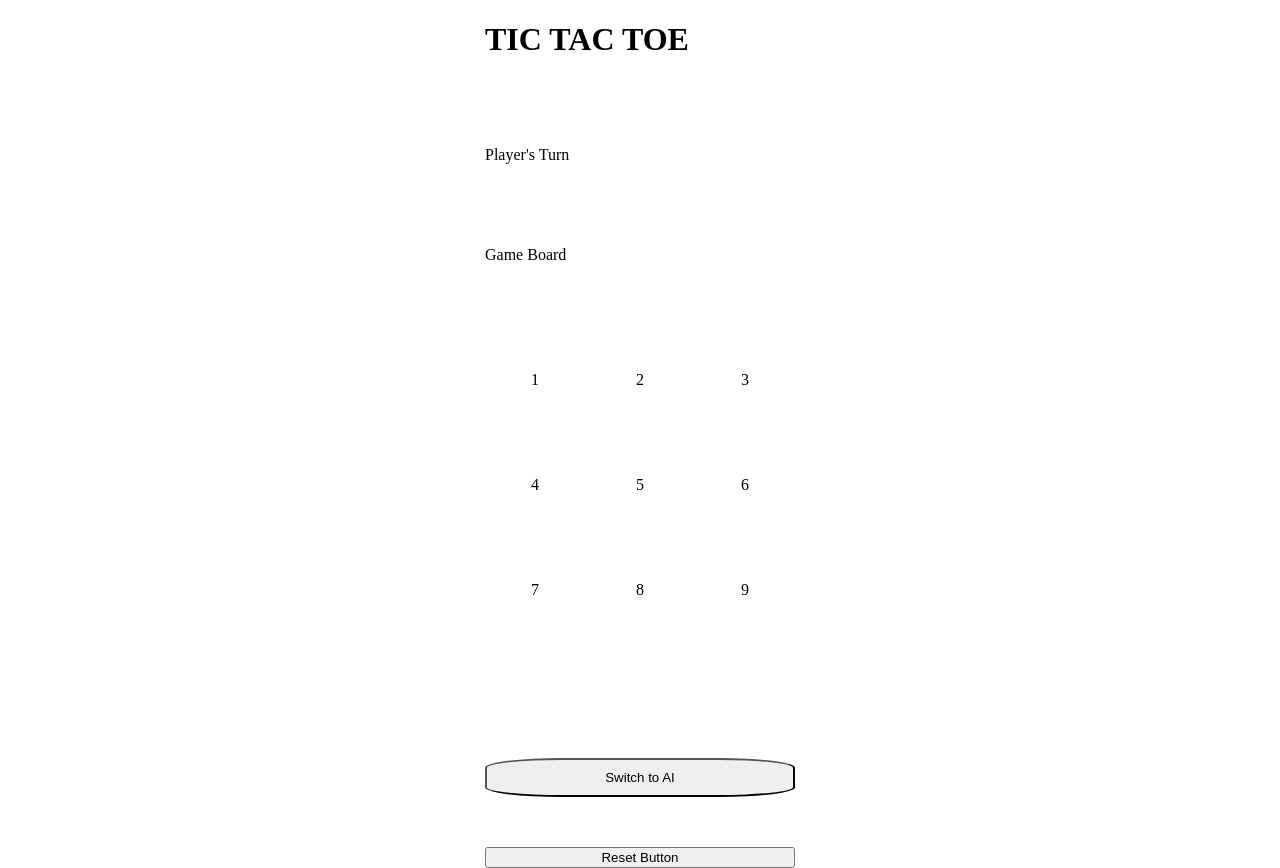
Repository: Yash19075/TicTacToe-game
Page: TicTacToe.html
An editor plug-in stored every save of this project. The page is shown before and after the next save, followed by the edit.
The browser window is 1280 px wide. The pictures show the whole page.

Above is the page before, as saved 2025-03-08 23:00:31.

### TicTacToe.html
<!DOCTYPE html>
<html lang="en">
<head>
    <meta charset="UTF-8">
    <meta name="viewport" content="width=device-width, initial-scale=1.0">
    <title>TicTacToe</title>
    <link rel="stylesheet" href="TicTacToe.css">
</head>
<body>
    <h1>TIC TAC TOE</h1>

    <p>Player's Turn</p>

    <p>Game Board</p>
    <div class="css-board">
        <div class="css-cell">1</div>
        <div class="css-cell">2</div>
        <div class="css-cell">3</div>
        <div class="css-cell">4</div>
        <div class="css-cell">5</div>
        <div class="css-cell">6</div>
        <div class="css-cell">7</div>
        <div class="css-cell">8</div>
        <div class="css-cell">9</div>
    </div>
    <br>
    <button class="css-switchButton">Switch to AI</button>
    <button>Reset Button</button>
</body>
</html>

### TicTacToe.css
body {
    justify-content: center;
    align-items: center;
    display: grid;
    height: 100px;
    margin: 0;
    gap: 50px;
}

.css-board {
    display: grid;
    grid-template-columns: repeat(3, 100px);
    grid-template-rows: repeat(3, 100px);
    gap: 5px;
    align-items: center;
}

.css-board div {
    display: flex;
    justify-content: center;
    align-items: center;
}

.css-switchButton {
    padding: 10px 20px;
    border-radius: 25%;
}

After the next save:
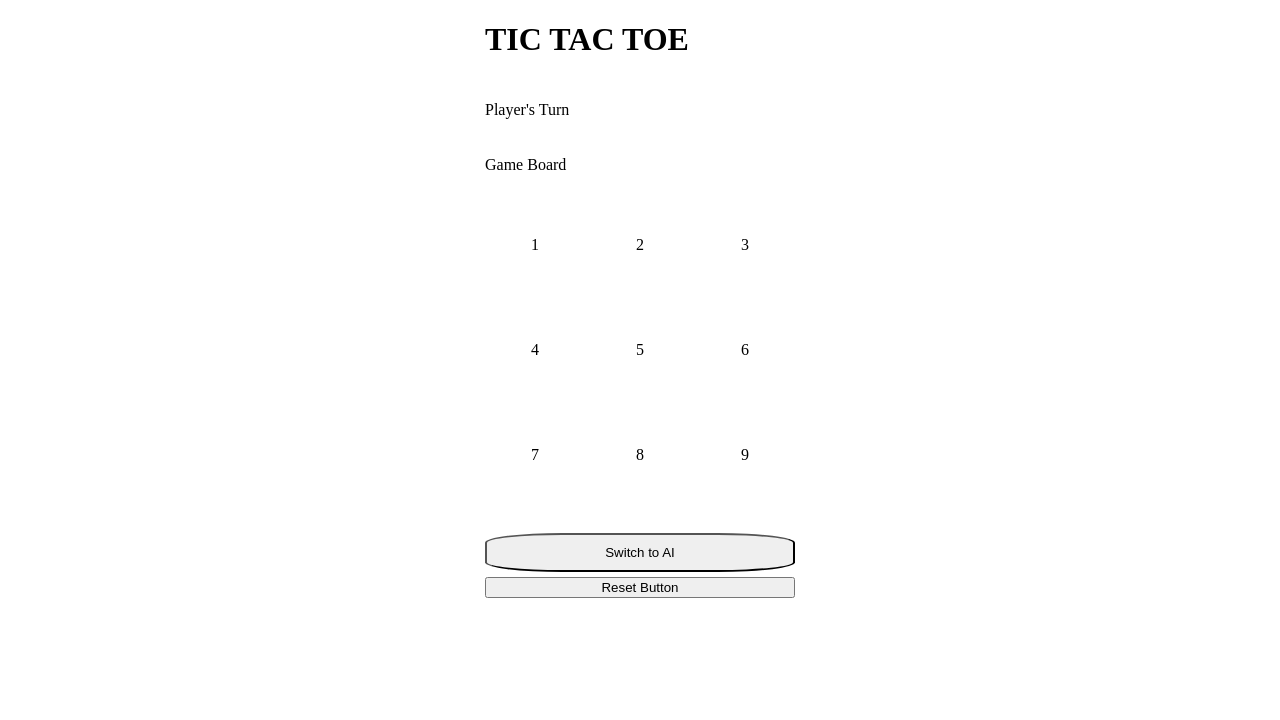
Saved 7 s later.
--- a/TicTacToe.css
+++ b/TicTacToe.css
@@ -4,7 +4,7 @@ body {
     display: grid;
     height: 100px;
     margin: 0;
-    gap: 50px;
+    gap: 5px;
 }
 
 .css-board {
